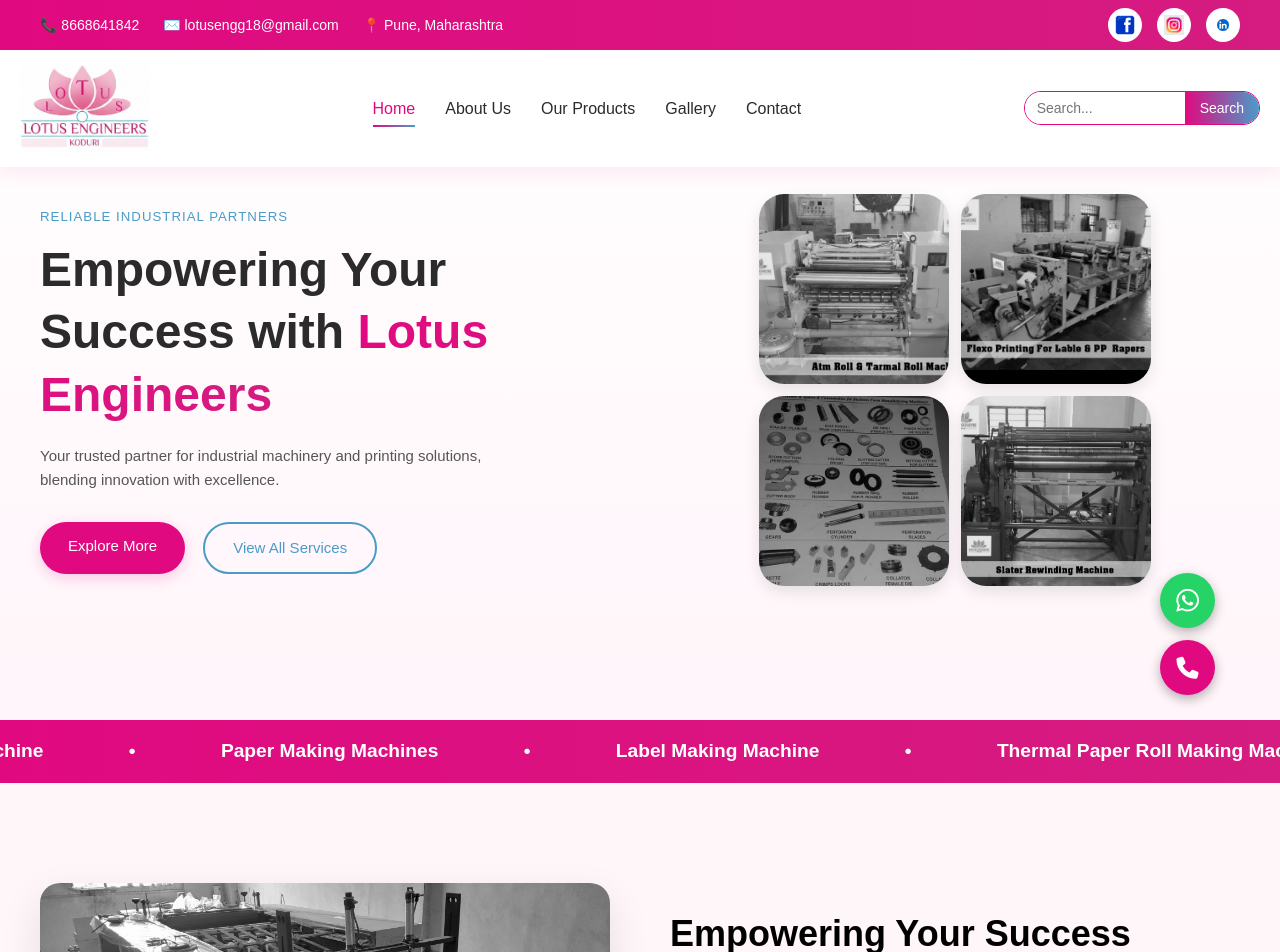
Repository: Khushichugh14/lotus-engineers
Page: index.html
These files come from the project's save history. The page is drawn as it stood at one moment and after the next save; the edit follows.
The browser window is 1280 px wide. The pictures show the part of the page from y = 0 to 952 px (the page is 4356 px tall).
A picture or video elsewhere on the page could not be fetched, so the positions and the page height are approximate.

Above is the page before, as saved 2025-12-24 13:18:13.

After the next save:
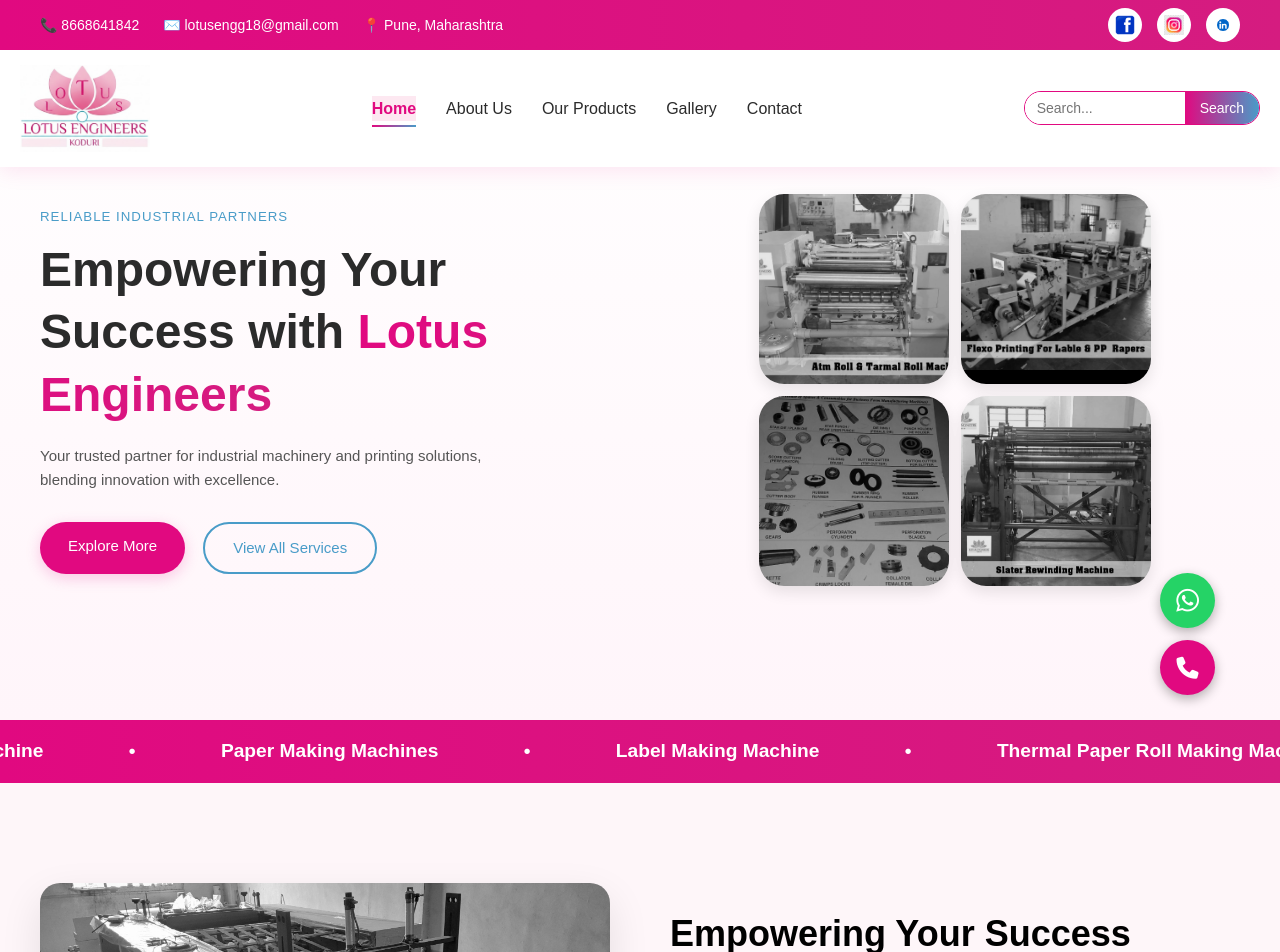
Saved 3 min 54 s later.
--- a/navbar.css
+++ b/navbar.css
@@ -245,3 +245,25 @@
     max-width: 360px;
   }
 }
+/* ================= FORCE CONSISTENT ACTIVE STYLE ================= */
+
+.nav-links a {
+  background: #ffffff;
+  color: #2b2b2b;
+}
+
+/* remove browser defaults */
+.nav-links a:visited,
+.nav-links a:focus,
+.nav-links a:active {
+  background: #ffffff;
+  color: #2b2b2b;
+  outline: none;
+}
+
+/* ONLY active link should look pink */
+.nav-links a.active {
+  background: #fde8f1 !important;
+  color: #e10980 !important;
+  font-weight: 600;
+}
